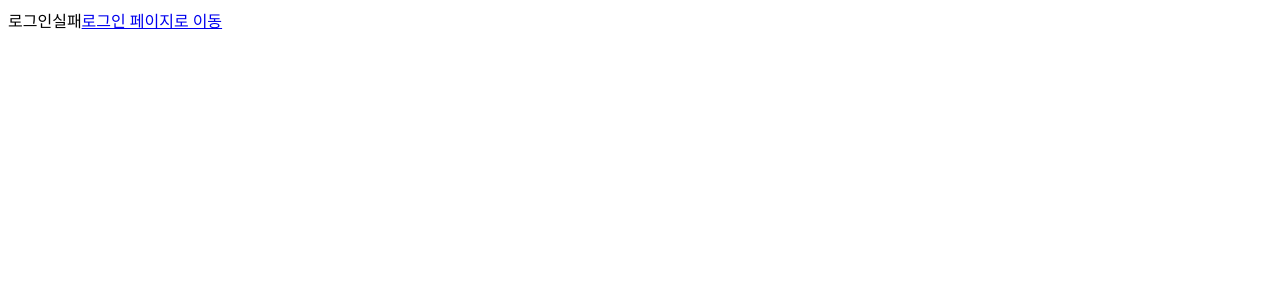
Repository: wake45/Web_Programming_Project
Page: http://localhost/WebP/login.jsp
The author's editor kept a copy of each file at every save. The page is drawn from the files as they stood at one save, then again after the next save.
The browser window is 1280 px wide. The pictures show the whole page.
The page is served by Tomcat 9. Queries for data that is not in the repository find no rows.

Above is the page before, as saved 2018-06-17 05:46:54.

After the next save:
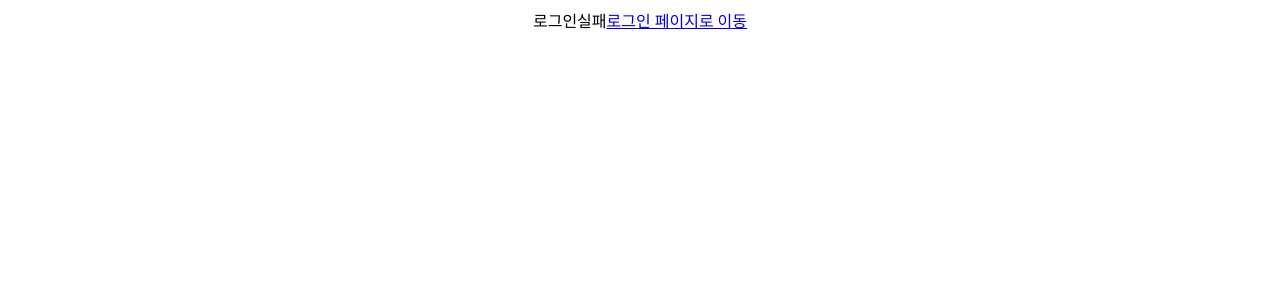
Saved 9 h 25 min later.
--- a/Web_기말프로젝트_20145150_이상욱/WebP/WebContent/login.jsp
+++ b/Web_기말프로젝트_20145150_이상욱/WebP/WebContent/login.jsp
@@ -14,9 +14,11 @@
 <%
 	if(dbconnect.isMember(login.getId(),login.getPassword())){
 	session.setAttribute("login","success");
-	out.println("<a href=class.html>수강생 입력</a>");
+	out.print("<center>");
+	out.print("<a href=class.html>수강생 입력</a>");
 	}
 	else{
+		out.print("<center>");
 		out.print("로그인실패");
 		out.print("<a href=login.html>로그인 페이지로 이동</a>");
 	}
